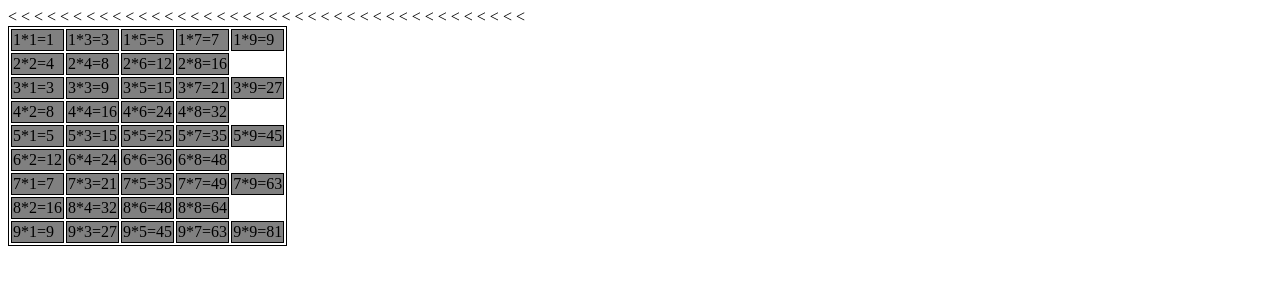
Repository: kawahito05-work/dc_work_nakano_kawahito_php
Page: http://localhost/htdocs/php08/practice_loop_intermediate.php
The author's editor kept a record of every edit. The page is drawn from the files as they stood at one moment, then again after the next edit.
The browser window is 1280 px wide. The pictures show the whole page.
The page is run by PHP 8.4 with error messages shown; the project is at /var/www/html/.

Above is the page before.

After the next edit:
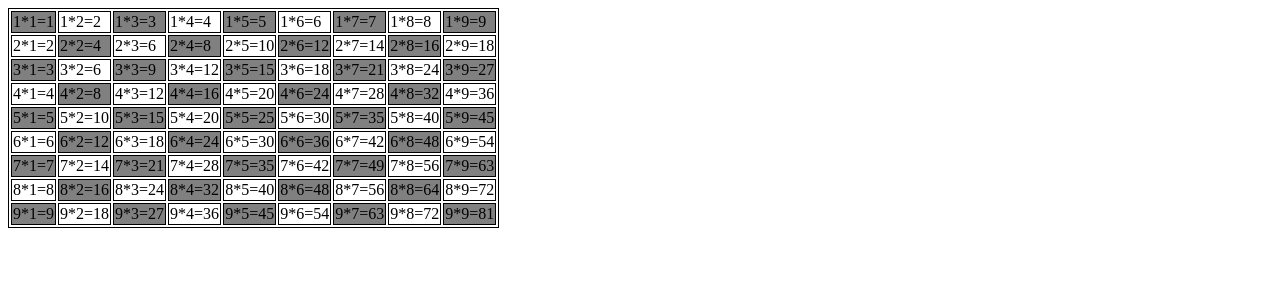
The edit:
--- a/htdocs/php08/practice_loop_intermediate.php
+++ b/htdocs/php08/practice_loop_intermediate.php
@@ -20,7 +20,7 @@
                 <?php
                 }else{
                 ?>
-                <
+                <td><?php print $i.'*'.$j.'='.$i*$j; ?></td>
             <?php
                 }
             }
